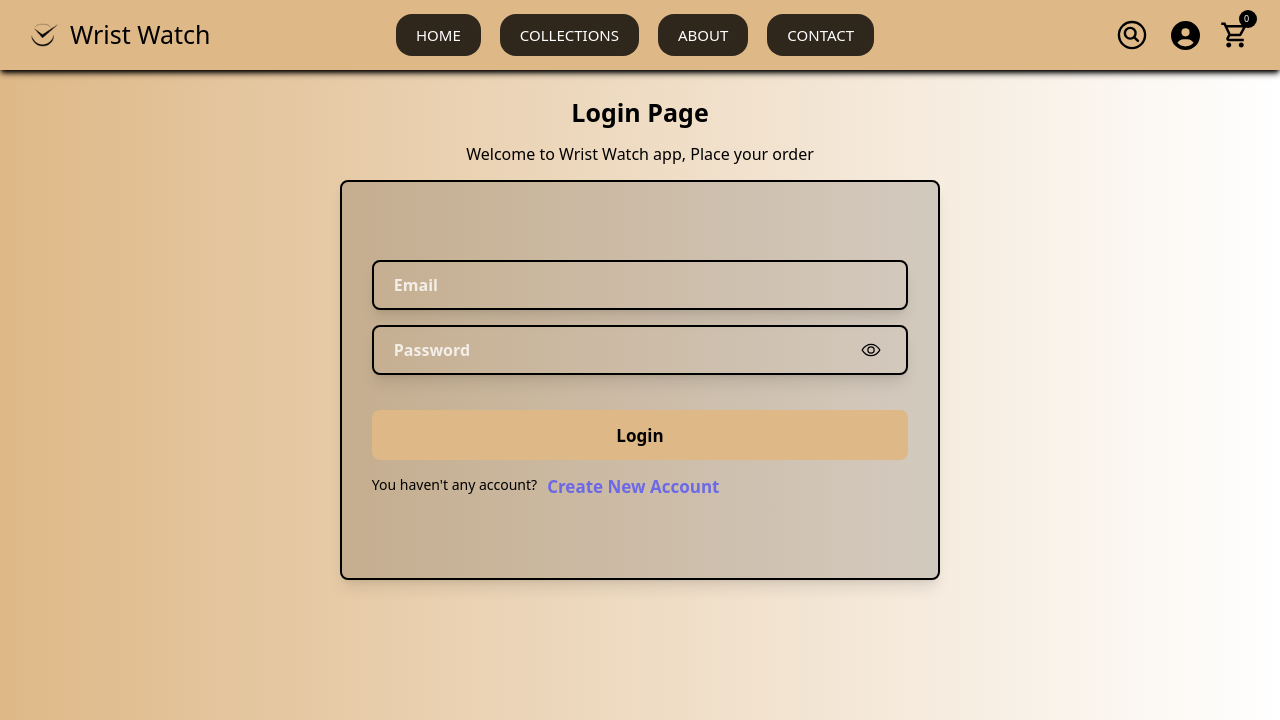
Repository: mansibhanushali/online_watch_ecommerce_mernstack_webapplication
Page: /login (app in frontend/)
The author's editor kept a copy of each file at every save. The page is drawn from the files as they stood at one save, then again after the next save.
The browser window is 1280 px wide. The pictures show the whole page.
The page's requests for data from a server got no answer. The project was rebuilt for these pictures with package versions that can differ from the ones it lists, and the page was loaded fresh each time. No one was signed in, and anything a server would have sent is missing. Also part of the build but not shown: frontend/vite.config.js, frontend/src/component/Loading.jsx, frontend/src/pages/Registration.jsx, frontend/src/component/Backgound.jsx, frontend/src/component/Title.jsx, frontend/src/component/Card.jsx, frontend/src/component/LatestCollection.jsx, frontend/src/component/BestSeller.jsx and 13 more.

Above is the page before, as saved 2025-08-15 22:09:12.

### frontend/index.html
<!doctype html>
<html lang="en">
  <head>
    <meta charset="UTF-8" />
    <link rel="icon" type="image/svg+xml" href="\logo1.png" />
    <meta name="viewport" content="width=device-width, initial-scale=1.0" />
    <title>Wristwatch</title>
  </head>
  <body>
    <div id="root"></div>
    <script type="module" src="/src/main.jsx"></script>
  </body>
</html>

### frontend/src/main.jsx
// src/main.jsx
import React from 'react';
import { createRoot } from 'react-dom/client';
import { BrowserRouter } from 'react-router-dom';
import './index.css';

import App from './App.jsx';
import AuthContext from './context/authContext.jsx';
import UserContextProvider from './context/UserContext.jsx';
import ShopContext from './context/ShopContext.jsx';

createRoot(document.getElementById('root')).render(
  <React.StrictMode>
    <BrowserRouter>
      <AuthContext>
        <UserContextProvider>
          <ShopContext>
            <App />
          </ShopContext>
        </UserContextProvider>
      </AuthContext>
    </BrowserRouter>
  </React.StrictMode>
);

### frontend/src/index.css
@import "tailwindcss";

body {
  @apply bg-white min-h-screen;
}

### frontend/src/App.jsx
import React, { useContext } from 'react';
import { Navigate, Route, Routes, useLocation } from 'react-router-dom';
import Registration from './pages/Registration';
import Home from './pages/Home';
import Login from './pages/Login';
import Nav from './component/Nav';
import { userDataContext } from './context/UserContext';
import About from './pages/About';
import Collections from './pages/Collections';
import Product from './pages/Product';
import Contact from './pages/Contact';
import ProductDetail from './pages/ProductDetail';
import Cart from './pages/Cart';
import PlaceOrder from './pages/PlaceOrder';
import Order from './pages/Order';
import { ToastContainer } from 'react-toastify';
import NotFound from './pages/NotFound';

function App() {
  const { userData } = useContext(userDataContext);
  const location = useLocation();

  // Protected route wrapper
  const ProtectedRoute = (Component) => {
    return userData ? (
      Component
    ) : (
      <Navigate to="/login" state={{ from: location.pathname }} />
    );
  };

  return (
    <>
      <ToastContainer />
      <Nav />
      <Routes>
        {/* Public Routes */}
        <Route path="/" element={<Home />} />
        <Route path="/about" element={<About />} />
        <Route path="/collection" element={<Collections />} />
        <Route path="/collection/:category" element={<Collections />} />
        <Route path="/product" element={<Product />} />
        <Route path="/contact" element={<Contact />} />

        {/* Auth Routes */}
        <Route
          path="/login"
          element={
            userData ? (
              <Navigate to={location.state?.from || '/'} />
            ) : (
              <Login />
            )
          }
        />
        <Route
          path="/signup"
          element={
            userData ? (
              <Navigate to={location.state?.from || '/'} />
            ) : (
              <Registration />
            )
          }
        />

        {/* Protected Routes */}
        <Route
          path="/productdetail/:productId"
          element={ProtectedRoute(<ProductDetail />)}
        />
        <Route path="/cart" element={ProtectedRoute(<Cart />)} />
        <Route path="/placeorder" element={ProtectedRoute(<PlaceOrder />)} />
        <Route path="/order" element={ProtectedRoute(<Order />)} />

        {/* 404 Fallback */}
        <Route path="*" element={<NotFound />} />
      </Routes>
    </>
  );
}

export default App;

### frontend/src/context/AuthContext.jsx
// src/context/AuthContext.jsx
import React, { createContext, useReducer, useEffect } from "react";
import axios from "axios";

const initialState = {
  user: null,
  token: null,
  isAuthenticated: false,
};

function reducer(state, action) {
  switch (action.type) {
    case "LOGIN":
      return {
        ...state,
        user: action.payload.user,
        token: action.payload.token,
        isAuthenticated: true,
      };
    case "LOGOUT":
      return initialState;
    default:
      return state;
  }
}

export const authDataContext = createContext();

function AuthContext({ children }) {
  const serverUrl = "http://localhost:8000";

  const [state, dispatch] = useReducer(reducer, initialState, () => {
    const token = localStorage.getItem("token");
    const user = localStorage.getItem("user");
    return token && user
      ? { token, user: JSON.parse(user), isAuthenticated: true }
      : initialState;
  });

  // axios defaults setup (runs whenever token changes)
  useEffect(() => {
    axios.defaults.baseURL = serverUrl;
    axios.defaults.withCredentials = true;

    if (state.token) {
      axios.defaults.headers.common["Authorization"] = `Bearer ${state.token}`;
      localStorage.setItem("token", state.token);
      localStorage.setItem("user", JSON.stringify(state.user));
    } else {
      delete axios.defaults.headers.common["Authorization"];
      localStorage.removeItem("token");
      localStorage.removeItem("user");
    }
  }, [state.token, state.user]);

  // Fetch current user from backend
  const fetchCurrentUser = async (token) => {
    try {
      const res = await axios.get("/api/user/getcurrentuser", {
        headers: { Authorization: `Bearer ${token}` }
      });
      return res.data;
    } catch (err) {
      console.error("Fetch current user error:", err.response?.data || err.message);
      return null;
    }
  };

  // Login and fetch user
  const login = async ({ token }) => {
    const user = await fetchCurrentUser(token);
    if (user) {
      dispatch({ type: "LOGIN", payload: { token, user } });
    }
  };

  const logout = () => dispatch({ type: "LOGOUT" });

  // Auto login when page refreshes
  useEffect(() => {
    const autoLogin = async () => {
      if (state.token && !state.user) {
        const user = await fetchCurrentUser(state.token);
        if (user) {
          dispatch({ type: "LOGIN", payload: { token: state.token, user } });
        }
      }
    };
    autoLogin();
  }, []);

  return (
    <authDataContext.Provider value={{ serverUrl, ...state, login, logout }}>
      {children}
    </authDataContext.Provider>
  );
}

export default AuthContext;

### frontend/src/context/UserContext.jsx
// src/context/UserContext.jsx
import React, { createContext, useContext, useEffect, useState } from 'react';
import { authDataContext } from './AuthContext';
import axios from 'axios';

export const userDataContext = createContext();

function UserContextProvider({ children }) {
  const [userData, setUserData] = useState(null);
  const { serverUrl } = useContext(authDataContext);

  const getCurrentUser = async () => {
    try {
      // ✅ Cookie-based request
      const result = await axios.get(`${serverUrl}/api/user/getcurrentuser`, {
        withCredentials: true, // Cookie automatically send होगी
      });

      if (result.data?.success) {
        setUserData(result.data.user);
      } else {
        setUserData(null);
      }
    } catch (error) {
      setUserData(null);
      console.error("getCurrentUser error:", error);
    }
  };

  // 🔹 Page load pe call
  useEffect(() => {
    getCurrentUser();
  }, []);

  return (
    <userDataContext.Provider value={{ userData, setUserData, getCurrentUser }}>
      {children}
    </userDataContext.Provider>
  );
}

export default UserContextProvider;

### frontend/src/context/ShopContext.jsx
import React, { createContext, useContext, useEffect, useState, useCallback } from 'react';
import { authDataContext } from './authContext';
import { userDataContext } from './UserContext';
import axios from 'axios';
import { toast } from 'react-toastify';

export const shopDataContext = createContext();

function ShopContextProvider({ children }) {
  const [products, setProducts] = useState([]);
  const [search, setSearch] = useState('');
  const { userData } = useContext(userDataContext);
  const [showSearch, setShowSearch] = useState(false);
  const { serverUrl } = useContext(authDataContext);
  const [cartItem, setCartItem] = useState({});
  const [loading, setLoading] = useState(false);
  const [token, setToken] = useState(localStorage.getItem("token") || "");

  const currency = '₹';
  const delivery_fee = 40;

  // token sync
  useEffect(() => {
    const savedToken = localStorage.getItem("token");
    if (savedToken) {
      setToken(savedToken);
    }
  }, []);

  // ✅ Get products
  const getProducts = useCallback(async () => {
    if (!serverUrl) return;
    try {
      const result = await axios.get(`${serverUrl}/api/product/list`);
      setProducts(result.data);
    } catch (error) {
      console.error("Get Products Error:", error);
    }
  }, [serverUrl]);

  // ✅ Add to cart
  const addtoCart = async (itemId) => {
    let cartData = structuredClone(cartItem);
    cartData[itemId] = (cartData[itemId] || 0) + 1;
    setCartItem(cartData);

    if (userData && token) {
      setLoading(true);
      try {
        await axios.post(
          `${serverUrl}/api/cart/add`,
          { itemId },
          {
            headers: { Authorization: `Bearer ${token}` },
            withCredentials: true
          }
        );
      } catch (error) {
        console.error(error);
        toast.error("Add Cart Error");
      } finally {
        setLoading(false);
      }
    }
  };

  // ✅ Get user cart
  const getUserCart = useCallback(async () => {
    if (!token || !serverUrl) return;
    try {
      const result = await axios.post(
        `${serverUrl}/api/cart/get`,
        {},
        {
          headers: { Authorization: `Bearer ${token}` },
          withCredentials: true
        }
      );
      setCartItem(result.data || {});
    } catch (error) {
      console.error("Get User Cart Error:", error);
    }
  }, [serverUrl, token]);

  // ✅ Update cart item quantity
  const updateQuantity = async (itemId, quantity) => {
    let cartData = structuredClone(cartItem);
    cartData[itemId] = quantity;
    setCartItem(cartData);

    if (userData && token) {
      try {
        await axios.post(
          `${serverUrl}/api/cart/update`,
          { itemId, quantity },
          {
            headers: { Authorization: `Bearer ${token}` },
            withCredentials: true
          }
        );
      } catch (error) {
        console.error(error);
      }
    }
  };

  // ✅ Total cart items count
  const getCartCount = () => {
    return Object.values(cartItem).reduce((acc, qty) => acc + qty, 0);
  };

  // ✅ Total cart amount
  const getCartAmount = () => {
    let totalAmount = 0;
    for (const itemId in cartItem) {
      let itemInfo = products.find((product) => product._id === itemId);
      if (itemInfo && cartItem[itemId] > 0) {
        totalAmount += itemInfo.price * cartItem[itemId];
      }
    }
    return totalAmount;
  };

  // Fetch products and cart
  useEffect(() => {
    getProducts();
  }, [getProducts]);

  useEffect(() => {
    getUserCart();
  }, [getUserCart]);

  let value = {
    products,
    currency,
    delivery_fee,
    getProducts,
    search,
    setSearch,
    showSearch,
    setShowSearch,
    cartItem,
    addtoCart,
    getCartCount,
    setCartItem,
    updateQuantity,
    getCartAmount,
    loading,
    serverUrl,
    setToken,
    token
  };

  return (
    <shopDataContext.Provider value={value}>
      {children}
    </shopDataContext.Provider>
  );
}

export default ShopContextProvider;

### frontend/src/pages/Login.jsx
import React, { useState, useContext } from 'react';
import { useNavigate } from 'react-router-dom';
import { IoEyeOutline, IoEye } from "react-icons/io5";
import Logo from "../assets/logo.png";
import { authDataContext } from '../context/AuthContext';
import { userDataContext } from '../context/UserContext';
import Loading from '../component/Loading';
import axios from 'axios';
import { toast } from 'react-toastify';

function Login() {
  const [show, setShow] = useState(false);
  const [email, setEmail] = useState("");
  const [password, setPassword] = useState("");
  const [loading, setLoading] = useState(false);

  const { serverUrl, login } = useContext(authDataContext);
  const { getCurrentUser } = useContext(userDataContext);
  const navigate = useNavigate();

  const handleLogin = async (e) => {
    e.preventDefault();
    setLoading(true);

    try {
      const { data } = await axios.post(
        `${serverUrl}/api/auth/login`,
        { email, password },
        { withCredentials: true }
      );

      if (!data?.token || !data?.user) {
        toast.error("Invalid response from server");
        return;
      }

      // ✅ Context + LocalStorage me save hoga automatically via AuthContext
      login({ token: data.token, user: data.user });

      // ✅ User fresh data fetch karna (agar zarurat ho)
      await getCurrentUser(data.token);

      toast.success(`Welcome, ${data.user.name || "User"}!`);
      navigate("/");
    } catch (error) {
      toast.error(error.response?.data?.message || "User Login Failed");
    } finally {
      setLoading(false);
    }
  };

  return (
    <div className='w-[100vw] h-[100vh] bg-gradient-to-l from-[burlwood] to-[burlywood] text-black flex flex-col items-center justify-start'>
      {/* Logo */}
      <div
        className='w-full h-[80px] flex items-center px-[30px] gap-[10px] cursor-pointer'
        onClick={() => navigate("/")}
      >
        <img className='w-[40px]' src={Logo} alt="Logo" />
        <h1 className='text-[22px] font-sans'>Wrist Watch</h1>
      </div>

      {/* Heading */}
      <div className='w-full h-[100px] flex flex-col items-center justify-center gap-[10px]'>
        <span className='text-[25px] font-semibold'>Login Page</span>
        <span className='text-[16px]'>Welcome to Wrist Watch app, Place your order</span>
      </div>

      {/* Form */}
      <div className='max-w-[600px] w-[90%] h-[400px] bg-[#00000025] border-2 border-[black] rounded-lg shadow-lg flex items-center justify-center'>
        <form onSubmit={handleLogin} className='w-[90%] flex flex-col items-center gap-[20px]'>
          <div className='w-full flex flex-col gap-[15px] relative'>
            <input
              type="email"
              className='w-full h-[50px] border-[2px] border-[black] rounded-lg shadow-lg bg-transparent placeholder-[#ffffffc7] px-[20px] font-semibold'
              placeholder='Email'
              required
              value={email}
              onChange={(e) => setEmail(e.target.value)}
            />

            <input
              type={show ? "text" : "password"}
              className='w-full h-[50px] border-[2px] border-[black] rounded-lg shadow-lg bg-transparent placeholder-[#ffffffc7] px-[20px] font-semibold'
              placeholder='Password'
              required
              value={password}
              onChange={(e) => setPassword(e.target.value)}
            />

            {show ? (
              <IoEye
                className='w-[20px] h-[20px] cursor-pointer absolute right-[5%] top-[80px]'
                onClick={() => setShow(!show)}
              />
            ) : (
              <IoEyeOutline
                className='w-[20px] h-[20px] cursor-pointer absolute right-[5%] top-[80px]'
                onClick={() => setShow(!show)}
              />
            )}

            <button
              type="submit"
              disabled={loading}
              className='w-full h-[50px] bg-[burlywood] rounded-lg mt-[20px] flex items-center justify-center text-[17px] font-semibold'
            >
              {loading ? <Loading /> : "Login"}
            </button>

            <p className='flex gap-[10px] text-sm'>
              You haven't any account?
              <span
                className='text-[#5555f6cf] text-[17px] font-semibold cursor-pointer'
                onClick={() => navigate("/signup")}
              >
                Create New Account
              </span>
            </p>
          </div>
        </form>
      </div>
    </div>
  );
}

export default Login;

Loaded but not shown: frontend/src/component/Nav.jsx (137 lines, source omitted)

After the next save:
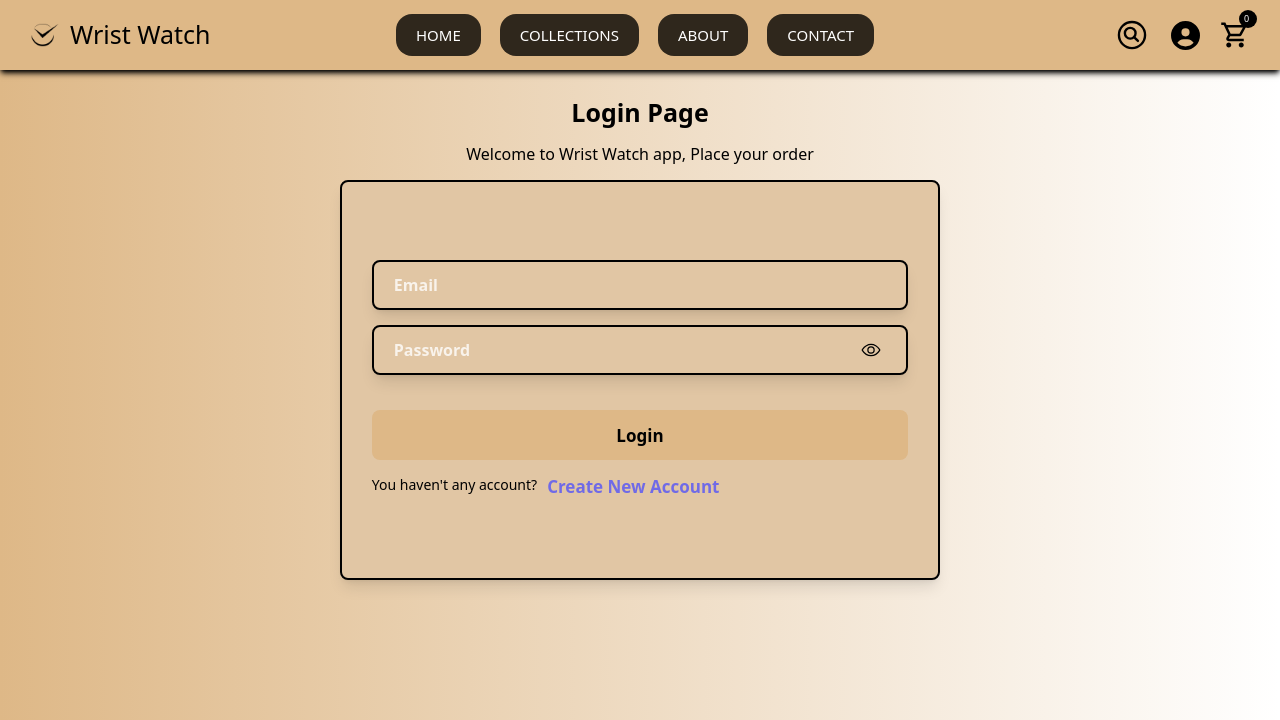
Saved 16 s later.
--- a/frontend/src/pages/Login.jsx
+++ b/frontend/src/pages/Login.jsx
@@ -67,7 +67,7 @@ function Login() {
       </div>
 
       {/* Form */}
-      <div className='max-w-[600px] w-[90%] h-[400px] bg-[#00000025] border-2 border-[black] rounded-lg shadow-lg flex items-center justify-center'>
+      <div className='max-w-[600px] w-[90%] h-[400px] bg-[#e1c6a4] border-2 border-[black] rounded-lg shadow-lg flex items-center justify-center'>
         <form onSubmit={handleLogin} className='w-[90%] flex flex-col items-center gap-[20px]'>
           <div className='w-full flex flex-col gap-[15px] relative'>
             <input
